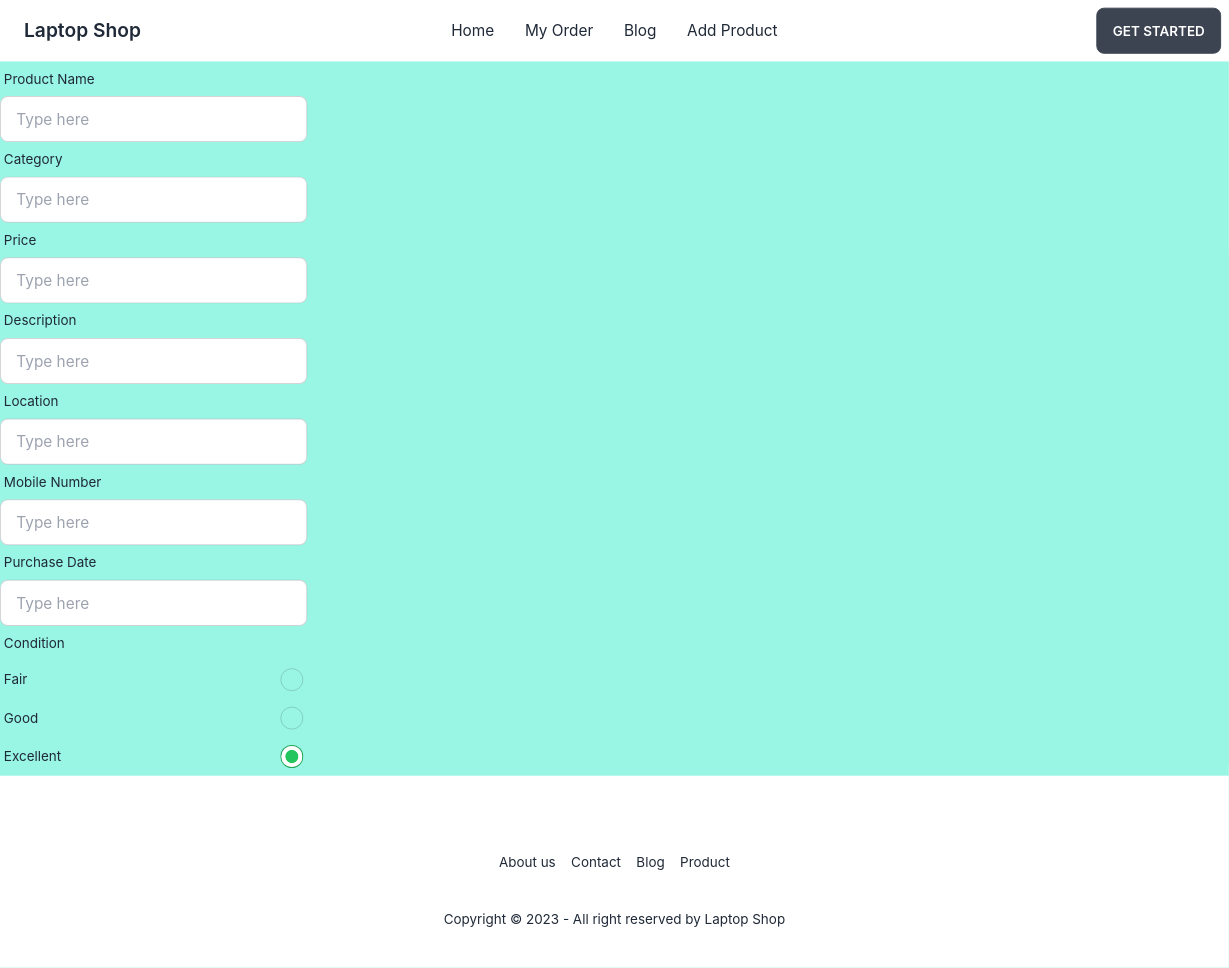
Repository: mdsajib50/E-commerce
Page: /add-product
The author's editor kept a copy of each file at every save. The page is drawn from the files as they stood at one save, then again after the next save.
The browser window is 1280 px wide. The pictures show the whole page, at 96% of full size.
The project was rebuilt for these pictures with package versions that can differ from the ones it lists, and the page was loaded fresh each time. Also part of the build but not shown: src/Pages/Home/Banner/Banner.js, src/Pages/Home/Product/ProductCard.js, src/Pages/Home/Product/Product.js, src/Pages/Home/Home/Home.js.

Above is the page before, as saved 2023-01-11 22:40:22.

After the next save:
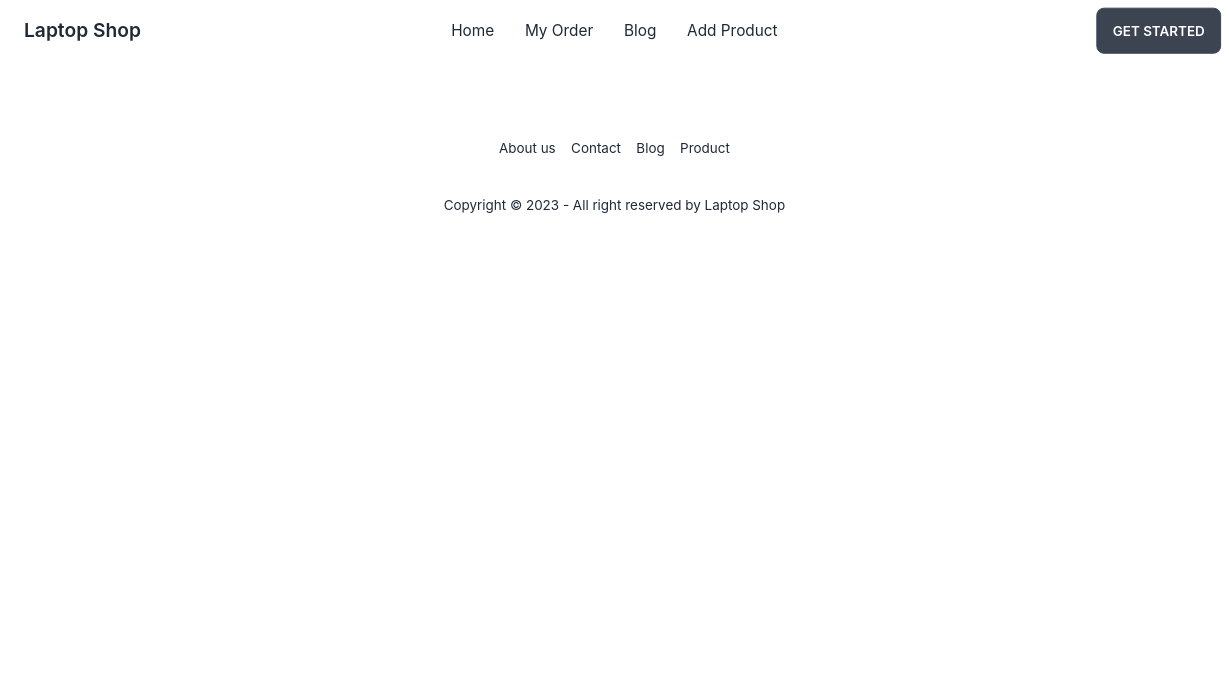
Saved 70 s later.
--- a/src/Pages/AddProduct/AddProduct.js
+++ b/src/Pages/AddProduct/AddProduct.js
@@ -3,73 +3,7 @@
 const AddProduct = () => {
     return (
         <div className='bg-teal-200'>
-            <form className='mx-auto'>
-            <div className="form-control w-full max-w-xs">
-                <label className="label">
-                    <span className="label-text">Product Name</span>
-                </label>
-                <input type="text" name='product_name' placeholder="Type here" className="input input-bordered w-full max-w-xs" />
-            </div>
-            <div className="form-control w-full max-w-xs">
-                <label className="label">
-                    <span className="label-text">Category</span>
-                </label>
-                <input type="text" name='category' placeholder="Type here" className="input input-bordered w-full max-w-xs" />
-            </div>
-            <div className="form-control w-full max-w-xs">
-                <label className="label">
-                    <span className="label-text">Price</span>
-                </label>
-                <input type="text" name='price' placeholder="Type here" className="input input-bordered w-full max-w-xs" />
-            </div>
-            <div className="form-control w-full max-w-xs">
-                <label className="label">
-                    <span className="label-text">Description</span>
-                </label>
-                <input type="text" name='description' placeholder="Type here" className="input input-bordered w-full max-w-xs" />
-            </div>
-            <div className="form-control w-full max-w-xs">
-                <label className="label">
-                    <span className="label-text">Location</span>
-                </label>
-                <input type="text" name='location' placeholder="Type here" className="input input-bordered w-full max-w-xs" />
-            </div>
-            <div className="form-control w-full max-w-xs">
-                <label className="label">
-                    <span className="label-text">Mobile Number</span>
-                </label>
-                <input type="text" name='mobile' placeholder="Type here" className="input input-bordered w-full max-w-xs" />
-            </div>
-            <div className="form-control w-full max-w-xs">
-                <label className="label">
-                    <span className="label-text">Purchase Date </span>
-                </label>
-                <input type="text" name='date' placeholder="Type here" className="input input-bordered w-full max-w-xs" />
-            </div>
-            <div className="form-control w-full max-w-xs rounded-xl">
-            <label className="label">
-                    <span className="label-text">Condition </span>
-                </label>
-                <div className="form-control">
-                    <label className="label cursor-pointer">
-                        <span className="label-text">Fair</span>
-                        <input type="radio" value='fair' name="condition" className="radio checked:bg-red-500" checked />
-                    </label>
-                    </div>
-                    <div className="form-control">
-                    <label className="label cursor-pointer">
-                        <span className="label-text">Good</span>
-                        <input type="radio" value='good' name="condition" className="radio checked:bg-blue-500" checked />
-                    </label>
-                </div>
-                    <div className="form-control">
-                    <label className="label cursor-pointer">
-                        <span className="label-text">Excellent</span>
-                        <input type="radio" value='excellent' name="condition" className="radio checked:bg-green-500" checked />
-                    </label>
-                </div>
-            </div>
-            </form>
+
         </div>
     );
 };

After the 4 saves that followed:
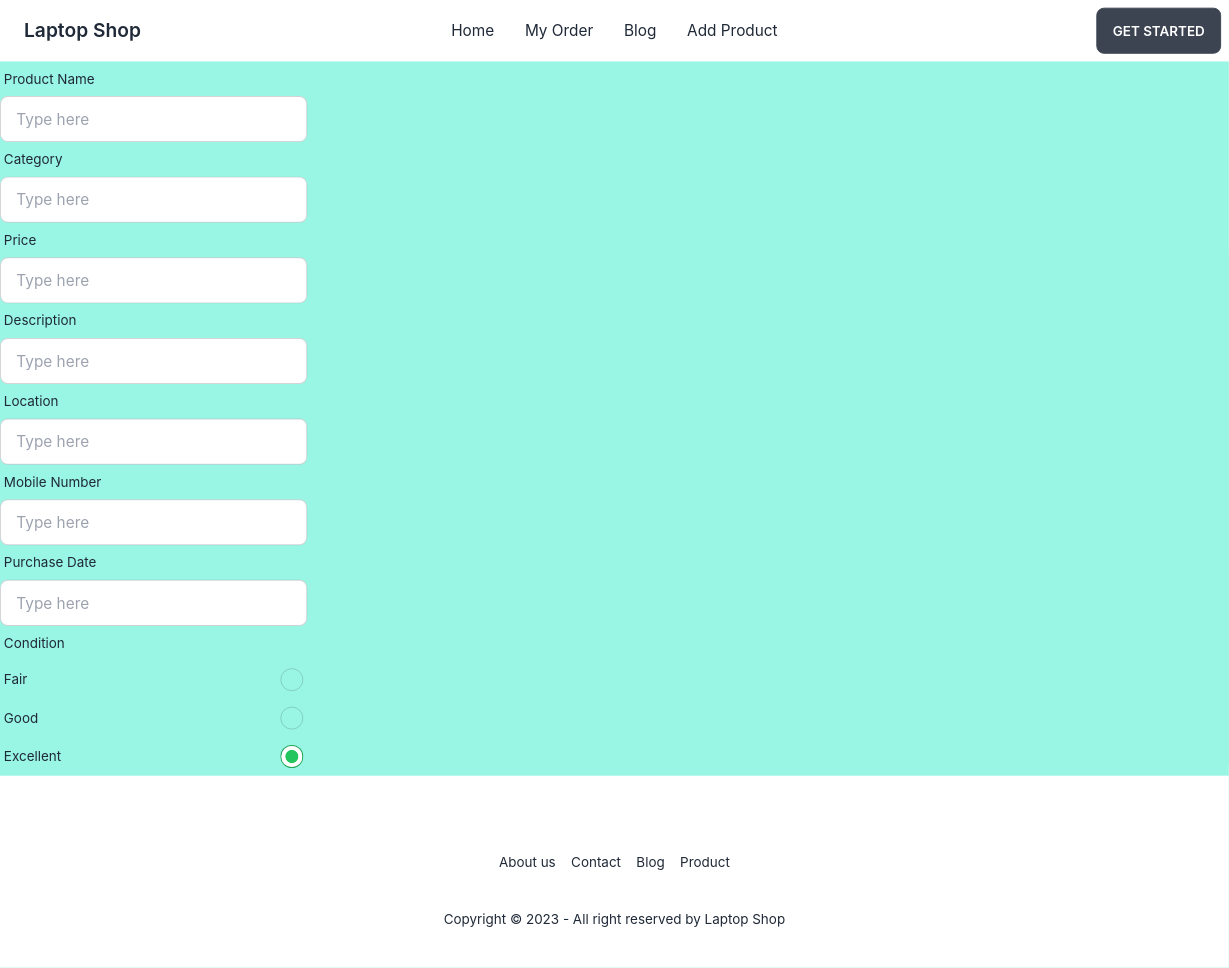
The 4 saves are shown as one change because they came seconds apart.
The last was saved 12 s later.
--- a/src/Pages/AddProduct/AddProduct.js
+++ b/src/Pages/AddProduct/AddProduct.js
@@ -3,7 +3,75 @@
 const AddProduct = () => {
     return (
         <div className='bg-teal-200'>
-
+           <div>
+           <form className='mx-auto'>
+            <div className="form-control w-full max-w-xs">
+                <label className="label">
+                    <span className="label-text">Product Name</span>
+                </label>
+                <input type="text" name='product_name' placeholder="Type here" className="input input-bordered w-full max-w-xs" />
+            </div>
+            <div className="form-control w-full max-w-xs">
+                <label className="label">
+                    <span className="label-text">Category</span>
+                </label>
+                <input type="text" name='category' placeholder="Type here" className="input input-bordered w-full max-w-xs" />
+            </div>
+            <div className="form-control w-full max-w-xs">
+                <label className="label">
+                    <span className="label-text">Price</span>
+                </label>
+                <input type="text" name='price' placeholder="Type here" className="input input-bordered w-full max-w-xs" />
+            </div>
+            <div className="form-control w-full max-w-xs">
+                <label className="label">
+                    <span className="label-text">Description</span>
+                </label>
+                <input type="text" name='description' placeholder="Type here" className="input input-bordered w-full max-w-xs" />
+            </div>
+            <div className="form-control w-full max-w-xs">
+                <label className="label">
+                    <span className="label-text">Location</span>
+                </label>
+                <input type="text" name='location' placeholder="Type here" className="input input-bordered w-full max-w-xs" />
+            </div>
+            <div className="form-control w-full max-w-xs">
+                <label className="label">
+                    <span className="label-text">Mobile Number</span>
+                </label>
+                <input type="text" name='mobile' placeholder="Type here" className="input input-bordered w-full max-w-xs" />
+            </div>
+            <div className="form-control w-full max-w-xs">
+                <label className="label">
+                    <span className="label-text">Purchase Date </span>
+                </label>
+                <input type="text" name='date' placeholder="Type here" className="input input-bordered w-full max-w-xs" />
+            </div>
+            <div className="form-control w-full max-w-xs rounded-xl">
+            <label className="label">
+                    <span className="label-text">Condition </span>
+                </label>
+                <div className="form-control">
+                    <label className="label cursor-pointer">
+                        <span className="label-text">Fair</span>
+                        <input type="radio" value='fair' name="condition" className="radio checked:bg-red-500" checked />
+                    </label>
+                    </div>
+                    <div className="form-control">
+                    <label className="label cursor-pointer">
+                        <span className="label-text">Good</span>
+                        <input type="radio" value='good' name="condition" className="radio checked:bg-blue-500" checked />
+                    </label>
+                </div>
+                    <div className="form-control">
+                    <label className="label cursor-pointer">
+                        <span className="label-text">Excellent</span>
+                        <input type="radio" value='excellent' name="condition" className="radio checked:bg-green-500" checked />
+                    </label>
+                </div>
+            </div>
+            </form>
+           </div>
         </div>
     );
 };
